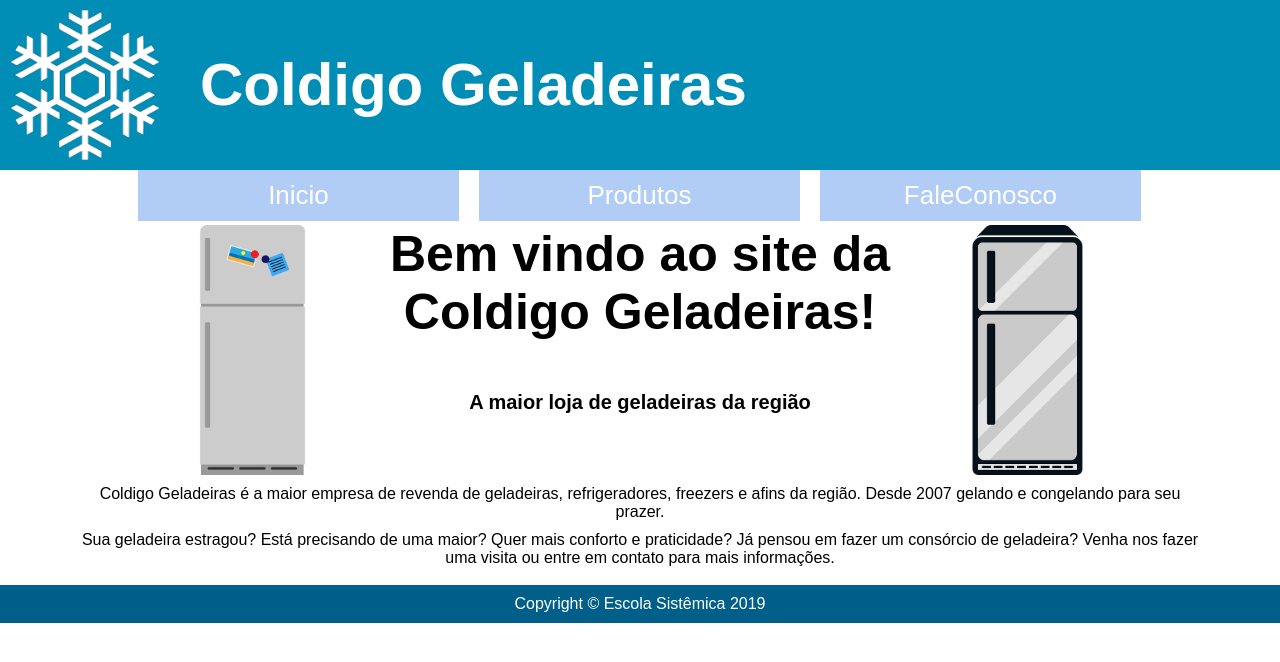
Repository: mateusalecrin/projeto-trilha-web
Page: ProjetoTrilhaWeb/WebContent/index.html
An editor plug-in stored every save of this project. The page is shown before and after the next save, followed by the edit.
The browser window is 1280 px wide. The pictures show the whole page.

Above is the page before, as saved 2023-03-08 12:35:33.

After the next save:
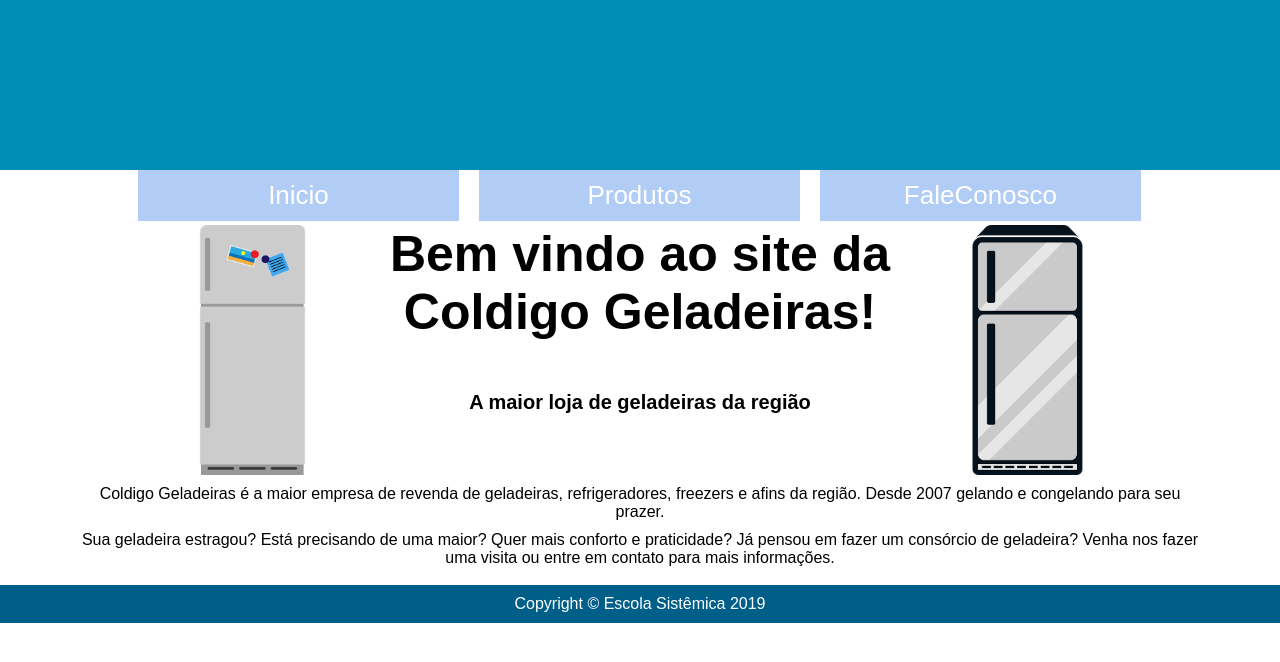
Saved 13 s later.
--- a/ProjetoTrilhaWeb/WebContent/index.html
+++ b/ProjetoTrilhaWeb/WebContent/index.html
@@ -1,42 +1,41 @@
 <!DOCTYPE html>
 <html lang="pt-br">
-<head>
-<meta charset="UTF-8">
-<meta name="description" content="Site da Coldigo Geladeiras">
-<meta name="keywords" content="Geladeiras, Frost-free, Refrigeração">
-<meta name="author" content="Escola Sistêmica">
-<meta name="viewport" content="width=device-width, initial-scale=1.0">
-<title>Coldigo Geladeiras</title>
-</head>
-<body>
-	<header>
-		<img src="imgs/logo.png" alt="Logo da Coldigo Geladeiras">
-		<h1>Coldigo Geladeiras</h1>
+	<head>
+		<meta charset="UTF-8">
+		<meta name="description" content="Site da Coldigo Geladeiras">
+		<meta name="keywords" content="Geladeiras, Frost-free, Refrigeração">
+		<meta name="author" content="Escola Sistêmica">
+		<meta name="viewport" content="width=device-width, initial-scale=1.0">
+		<title>Coldigo Geladeiras</title>
 		<link rel="stylesheet" type="text/css" href="css/site.css">
-	</header>
-	<nav>
-		<a href="index.html"><div class="opcao">Inicio</div></a>
-		<a href="pages/site/produtos.html"><div class="opcao">Produtos</div></a>
-		<a href="pages/site/faleconosco.html"><div class="opcao">FaleConosco</div></a>
-	</nav>
-	<section>
-		<div id="topo">
-			<img src="imgs/geladeira1.png" alt="Imagem de uma geladeira" class="geladeira esquerda">
-			<div id="titulos">
-				<h2>
-					Bem vindo ao site da<br>Coldigo Geladeiras!
-				</h2>
-				<h3>A maior loja de geladeiras da região</h3>
+
+	</head>
+	<body>
+		<header>
+		</header>
+		<nav>
+			<a href="index.html"><div class="opcao">Inicio</div></a>
+			<a href="pages/site/produtos.html"><div class="opcao">Produtos</div></a>
+			<a href="pages/site/faleconosco.html"><div class="opcao">FaleConosco</div></a>
+		</nav>
+		<section>
+			<div id="topo">
+				<img src="imgs/geladeira1.png" alt="Imagem de uma geladeira" class="geladeira esquerda">
+				<div id="titulos">
+					<h2>
+						Bem vindo ao site da<br>Coldigo Geladeiras!
+					</h2>
+					<h3>A maior loja de geladeiras da região</h3>
+				</div>
+				<img src="imgs/geladeira2.png" alt="Imagem de uma geladeira" class="geladeira direita">
 			</div>
-			<img src="imgs/geladeira2.png" alt="Imagem de uma geladeira" class="geladeira direita">
-		</div>
-		<p>Coldigo Geladeiras é a maior empresa de revenda de geladeiras,
-			refrigeradores, freezers e afins da região. Desde 2007 gelando e
-			congelando para seu prazer.</p>
-		<p>Sua geladeira estragou? Está precisando de uma maior? Quer mais
-			conforto e praticidade? Já pensou em fazer um consórcio de geladeira?
-			Venha nos fazer uma visita ou entre em contato para mais informações.</p>
-	</section>
-	<footer>Copyright &copy; Escola Sistêmica 2019</footer>
-</body>
+			<p>Coldigo Geladeiras é a maior empresa de revenda de geladeiras,
+				refrigeradores, freezers e afins da região. Desde 2007 gelando e
+				congelando para seu prazer.</p>
+			<p>Sua geladeira estragou? Está precisando de uma maior? Quer mais
+				conforto e praticidade? Já pensou em fazer um consórcio de geladeira?
+				Venha nos fazer uma visita ou entre em contato para mais informações.</p>
+		</section>
+		<footer>Copyright &copy; Escola Sistêmica 2019</footer>
+	</body>
 </html>
